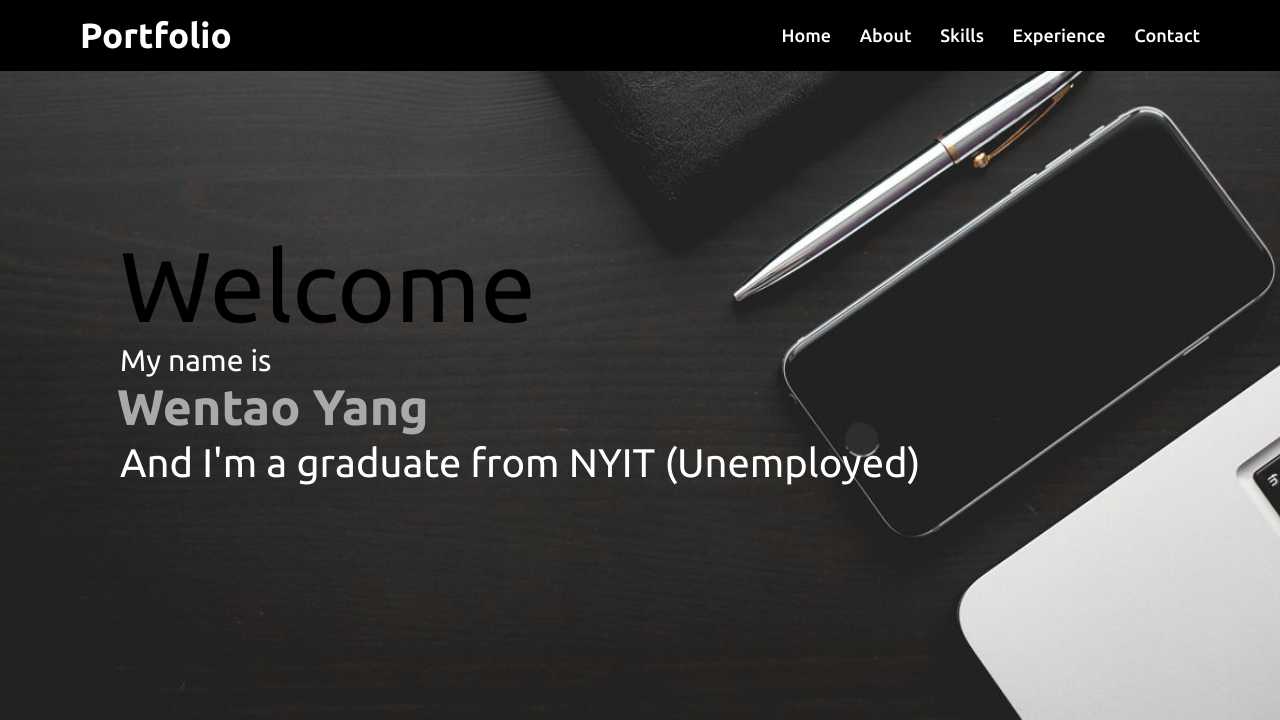
Repository: wyang08/wyang08.github.io
Page: index.html
An editor plug-in stored every save of this project. The page is shown before and after the next save, followed by the edit.
The browser window is 1280 px wide. The pictures show the whole page.

Above is the page before, as saved 2021-07-02 15:03:49.

After the next save:
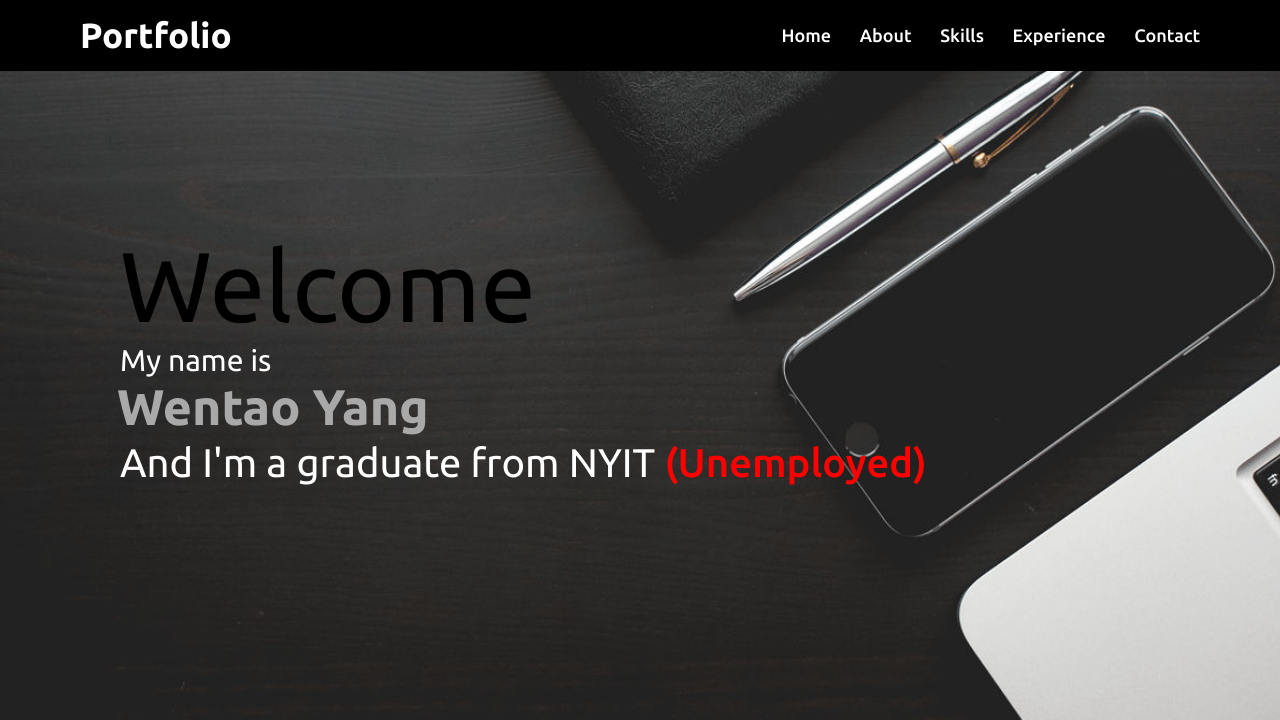
Saved 64 s later.
--- a/style.css
+++ b/style.css
@@ -83,3 +83,7 @@
     font-size: 40px;
     margin: 5px 0;
 }
+.home .home-content .text-4 span{
+    color: red;
+    font-weight: 500;
+}
